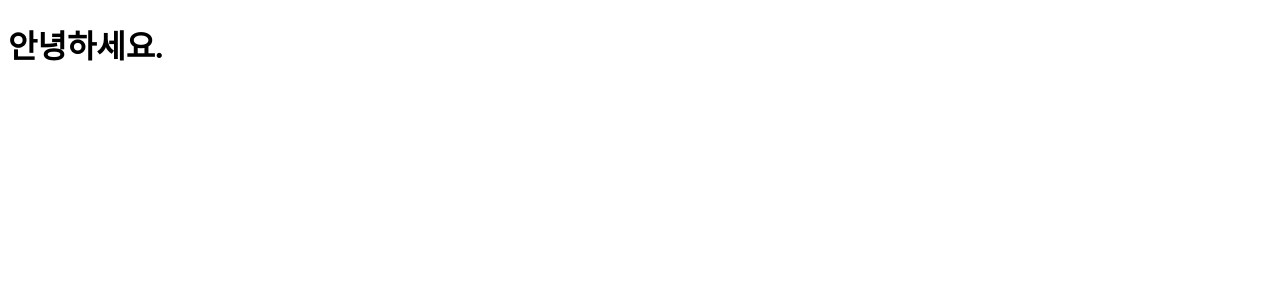
Repository: jibum1559/servlet-jsp-workspace
Page: http://localhost/join/register.jsp
The author's editor kept a copy of each file at every save. The page is drawn from the files as they stood at one save, then again after the next save.
The browser window is 1280 px wide. The pictures show the whole page.
The page is served by Tomcat 9.

Above is the page before, as saved 2023-11-07 01:33:07.

After the next save:
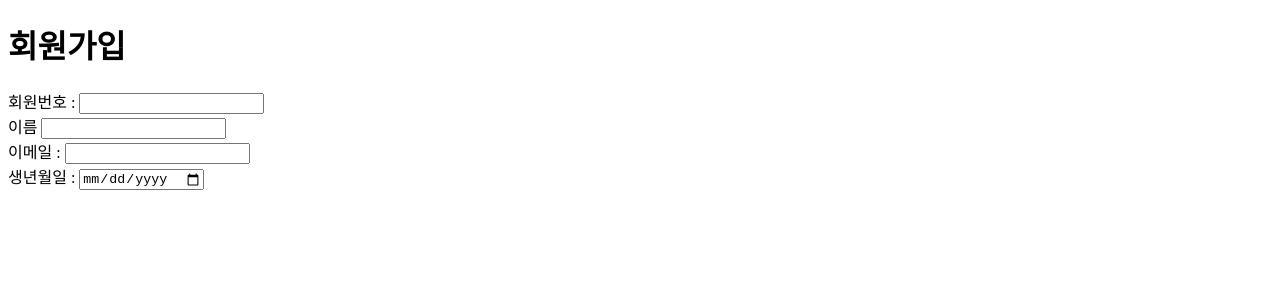
Saved 7 min 0 s later.
--- a/join/src/main/webapp/register.jsp
+++ b/join/src/main/webapp/register.jsp
@@ -8,6 +8,19 @@
 <link rel="stylesheet" type="text/css" heref="styles.css">
 </head>
 <body>
-<h1>안녕하세요.</h1>
+<h1>회원가입</h1>
+<form action="RegisterServlet" method="post">
+	<label for="mno">회원번호 : </label>
+	<input type="text" id="mno" name="mno" required><br>
+
+	<label for="mname">이름</label>
+	<input type="text" id="mname" name="mname" required><br>
+
+	<label for="memail">이메일 : </label>
+	<input type="email" id="memail" name="memail" required><br>
+
+	<label for="mbirth">생년월일 : </label>
+	<input type="date" id="mbirth" name="mbirth" required><br>
+</form>
 </body>
 </html>
